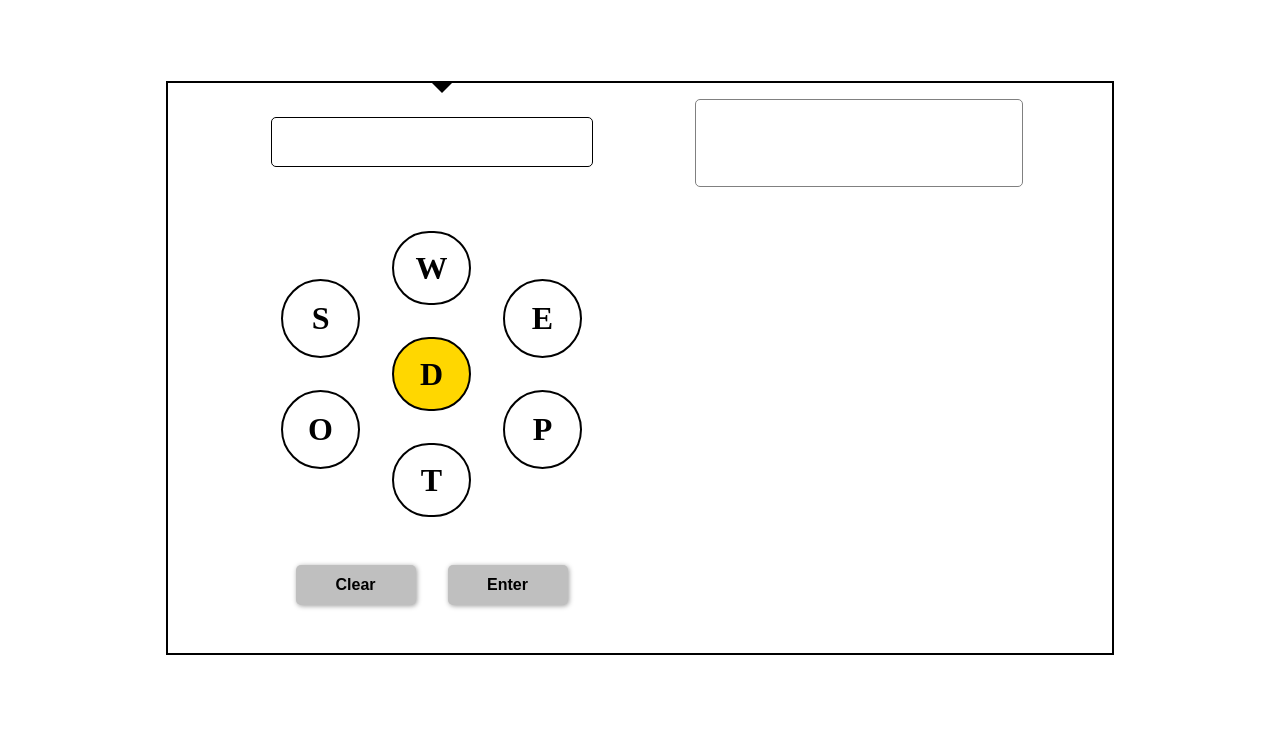
Repository: wellgordon/spelling-bee-clone
Page: /game
The author's editor kept a copy of each file at every save. The page is drawn from the files as they stood at one save, then again after the next save.
The browser window is 1280 px wide. The pictures show the whole page.
The project was rebuilt for these pictures with package versions that can differ from the ones it lists, and the page was loaded fresh each time. Also part of the build but not shown: src/index.css, src/components/Home.tsx.

Above is the page before, as saved 2022-01-28 18:52:19.

After the next save:
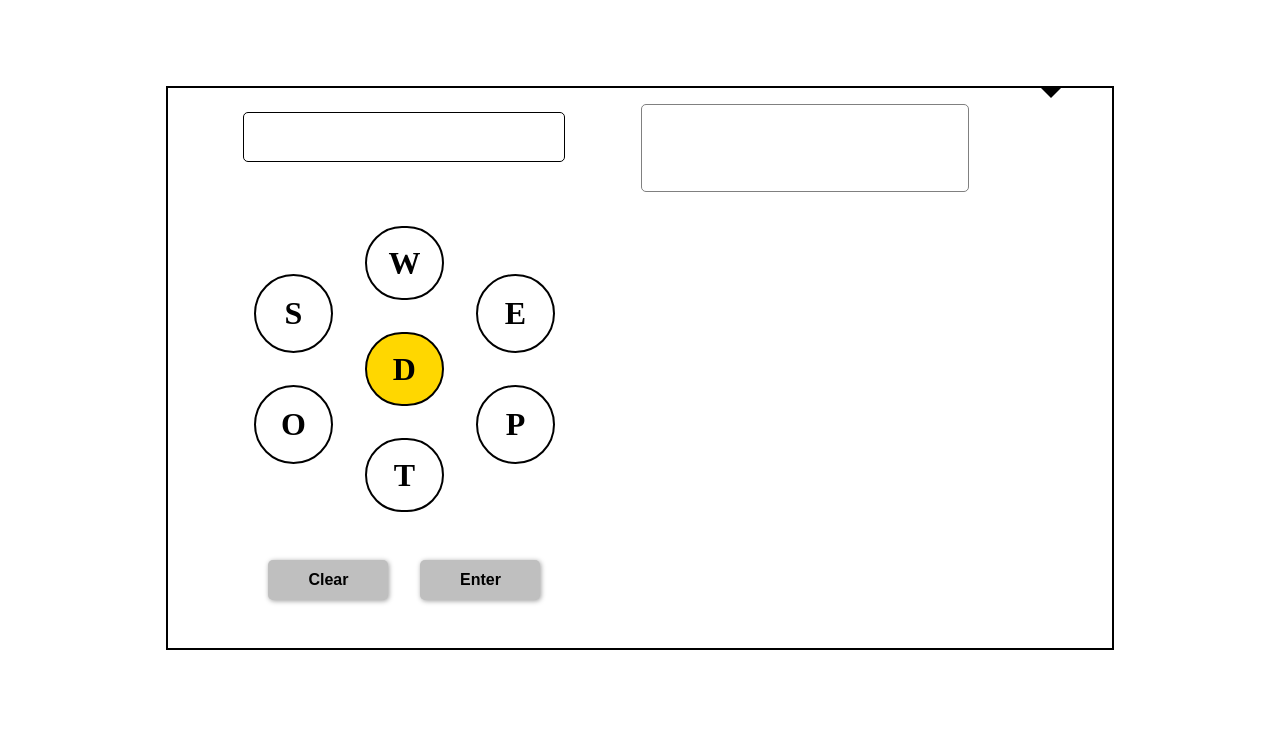
Saved 51 s later.
--- a/src/components/GameUI.tsx
+++ b/src/components/GameUI.tsx
@@ -53,9 +53,6 @@ const GameUI = ({
       <MainContainer>
         <SubContainer>
           <LeftSide>
-            <span onClick={toggle}>
-              {open === true ? <TriangleUp /> : <TriangleDown />}
-            </span>
             <InputText>{bufferText}</InputText>
             <GameContainer>
               <SideColumn>
@@ -88,6 +85,9 @@ const GameUI = ({
                   return <FoundText>{`${word}, `}</FoundText>;
                 })}
           </Accordion>
+          <span onClick={toggle}>
+            {open === true ? <TriangleUp /> : <TriangleDown />}
+          </span>
         </SubContainer>
       </MainContainer>
     </>
